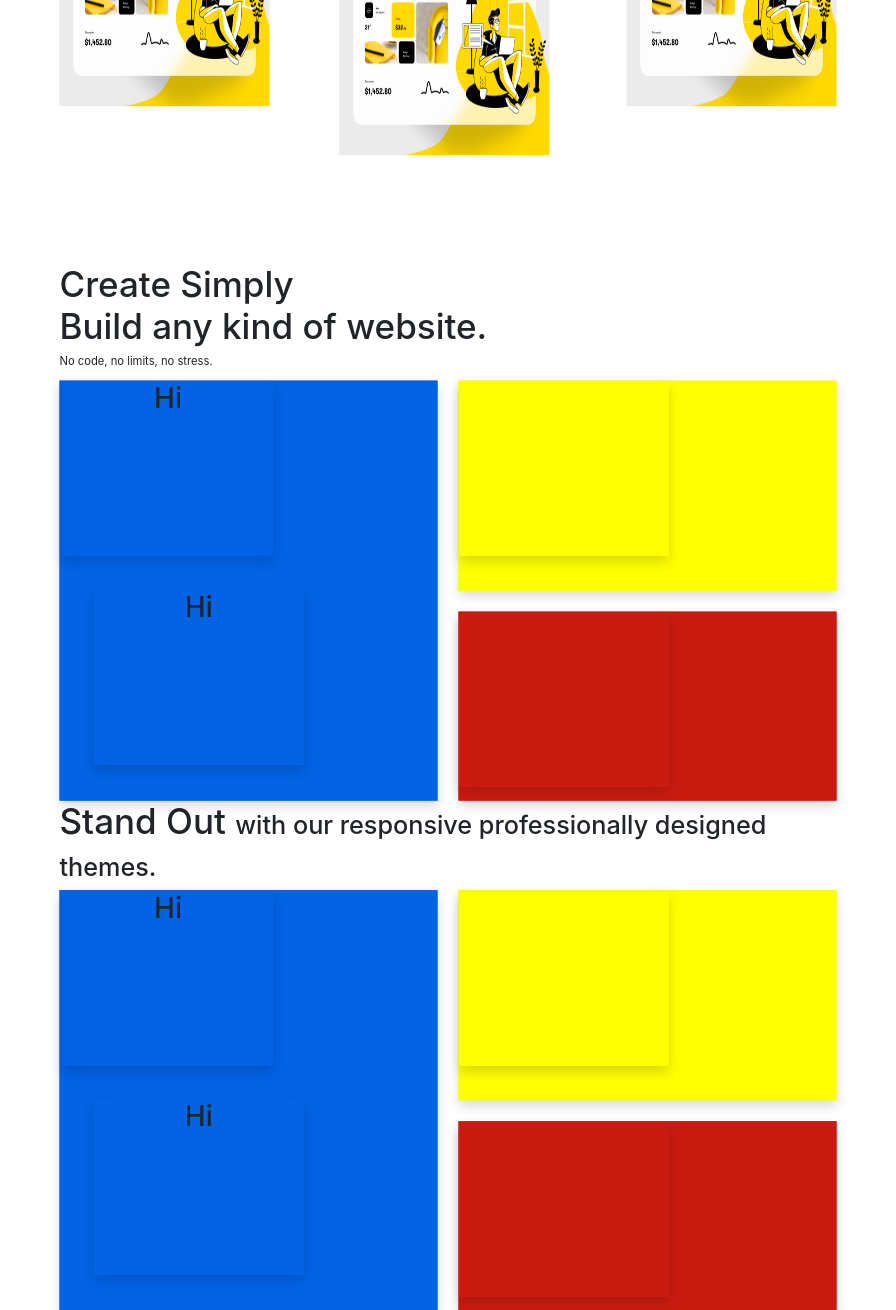
Repository: latenightsnacc/Static-Web-Projects
Page: Dunno Yet/index.html
An editor plug-in stored every save of this project. The page is shown before and after the next save, followed by the edit.
The browser window is 1280 px wide. The pictures show the part of the page from y = 1064 to 2984 px (the page is 2936 px tall before and 2984 px after), at 70% of full size.
The style sheet was rebuilt from its Sass, Less or Tailwind sources for each picture, by a compiler version that may differ from the author's.

Above is the page before, as saved 2020-11-11 10:18:41.

After the next save:
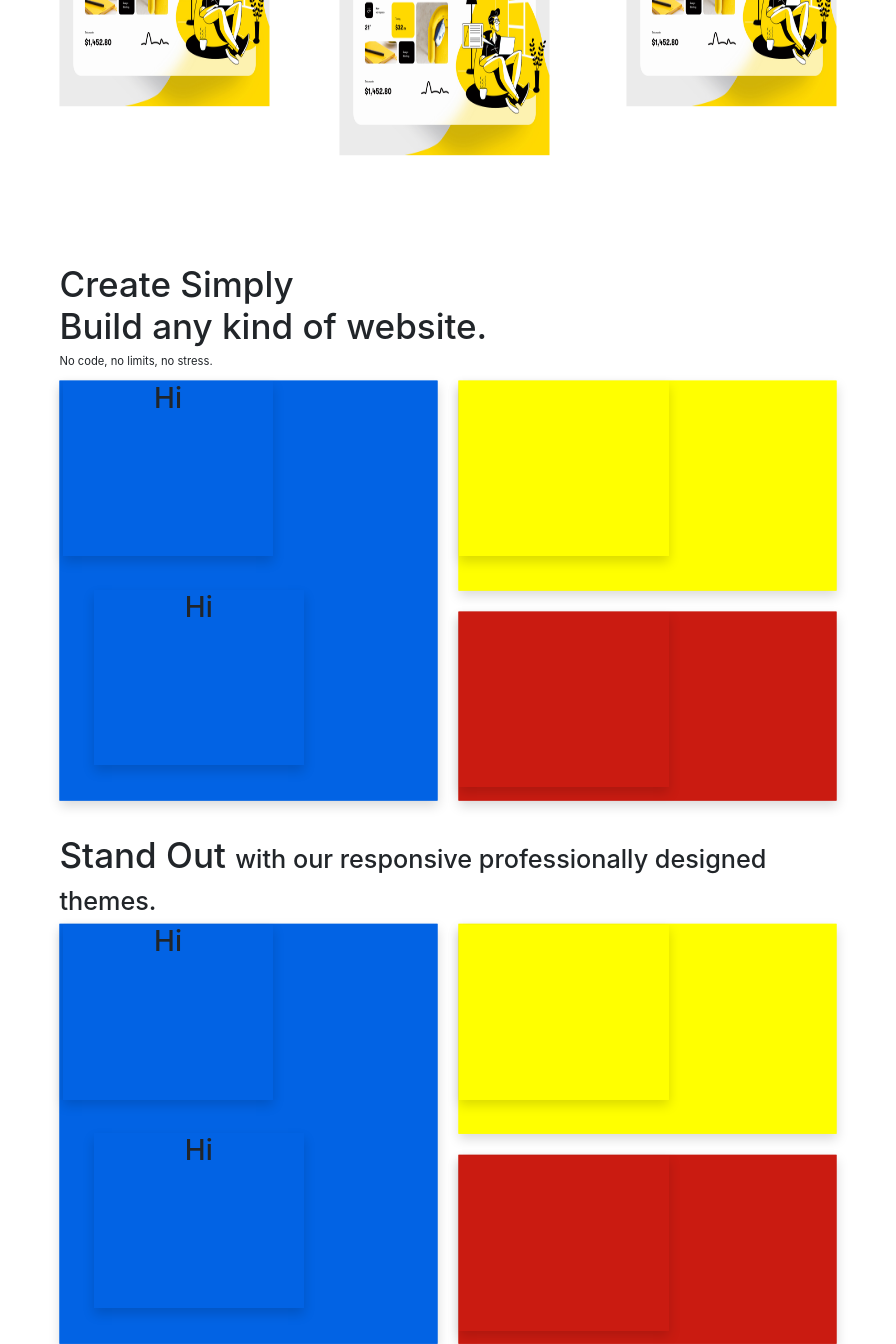
Saved 44 s later.
--- a/Dunno Yet/index.html
+++ b/Dunno Yet/index.html
@@ -113,7 +113,7 @@
     <!--End of Services-->
 
     <!--Templates-->
-    <section class="min-h-screen" id="templates">
+    <section class="min-h-screen mb-5" id="templates">
         <div class="container">
             <div class="title-box">
                 <h2 class="section-title">Create Simply <br/> Build any kind of website.</h2>
@@ -155,7 +155,7 @@
     </section>
     <!--End of Themes-->
     <!--Themes-->
-    <section class="min-h-screen" id="themes">
+    <section class="min-h-screen mt-5" id="themes">
         <div class="container">
             <div class="title-box">
                 <h2 class="section-title">Stand Out <span class="text-4xl">with our responsive professionally designed themes.</h2>
